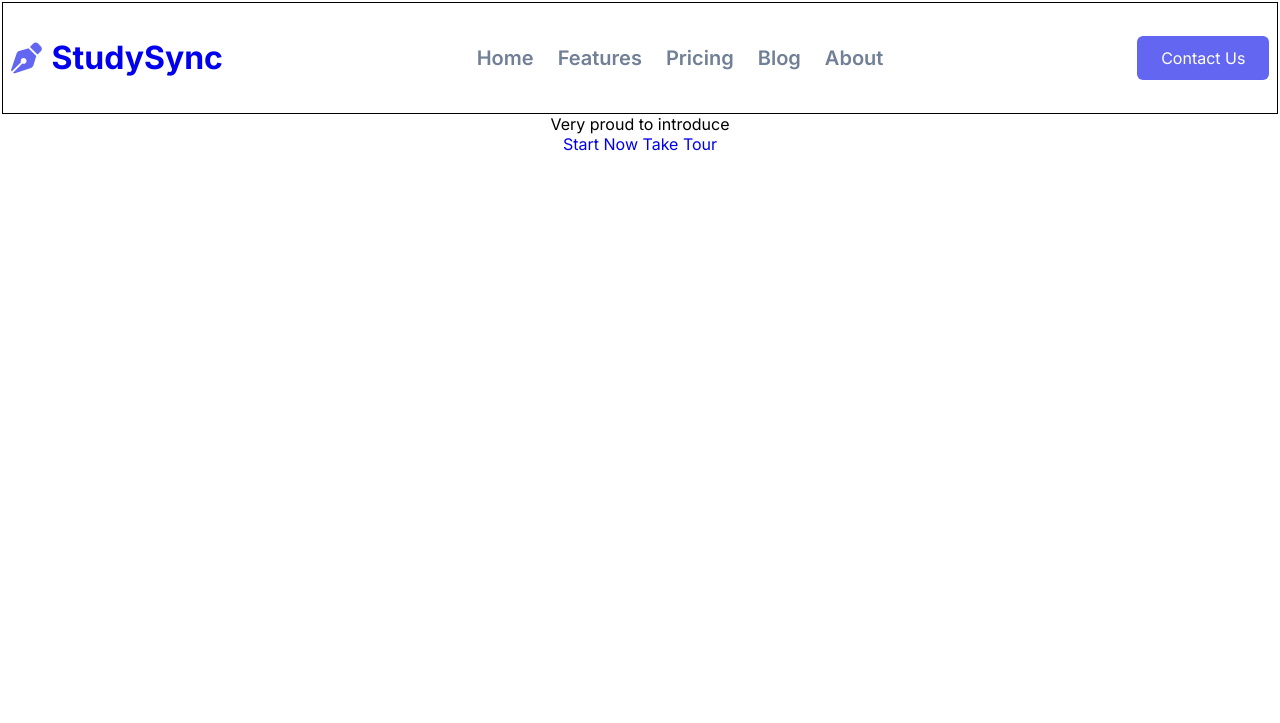
Repository: Vaibhav979/StudySync-FrontEnd-Project
Page: index.html
An editor plug-in stored every save of this project. The page is shown before and after the next save, followed by the edit.
The browser window is 1280 px wide. The pictures show the whole page.

Above is the page before, as saved 2025-04-16 19:06:48.

### index.html
<!DOCTYPE html>
<html lang="en">

<head>
    <meta charset="UTF-8">
    <meta name="viewport" content="width=device-width, initial-scale=1.0">
    <title>Document</title>
    <link rel="stylesheet" href="styles.css">
</head>

<body>
    <div class="header">
        <header class="header-content">
            <a href="#logo" class="logo">
                <img src="/images/StudySyn.svg" alt="" class="logo-icon">
                <span class="logo-text">StudySync</span>
            </a>

            <nav class="nav">
                <a href="#home" class="nav-link">Home</a>
                <a href="#features" class="nav-link">Features</a>
                <a href="#pricing" class="nav-link">Pricing</a>
                <a href="#blog" class="nav-link">Blog</a>
                <a href="#about" class="nav-link">About</a>
            </nav>

            <a href="#contact" class="contact-button">
                Contact Us
            </a>

            <button type="button" class="menu-button">
                <img src="/images/Hamburger.svg" alt="" class="menu-icon">
            </button>
        </header>
    </div>

    <div class="content">
        <section class="main-section">
            <div class="content-left">
                <p class="section-label">Very proud to introduce</p>
                <h1 class="section-title"></h1>
                <p class="section-description"></p>
                <div class="button-group">
                    <a href="#start" class="start-button">Start Now</a>
                    <a href="#tour" class="tour-button">Take Tour</a>
                </div>
            </div>

            <div class="content-right">

            </div>
        </section>
    </div>
</body>

</html>

### styles.css
@import url("https://fonts.googleapis.com/css2?family=Inter:wght@100;200;400;500;600;700&display=swap");

:root {
  --primary-color: #6366f1;
  --accent-color: #3f83f8;
  --text-color: #333333;
  --link-color: #2563eb;
  --background-color: #ffffff;
  --light-gray: #f0f0f0;
  --gray: #808080;
  --dark-gray: #555;
}

* {
  margin: 0;
  padding: 0;
  font-family: "Inter", sans-serif;
  text-decoration: none;
}

body {
  height: 100vh;
  text-align: center;
  background-color: var(--background-color);
  padding: 0.1rem;
  /* align-items: center; */
}

header {
  display: flex;
  justify-content: space-between;
  align-items: center;
  max-width: 1280px;
  margin: 0 auto;
  padding: 0.5rem;
}

.header {
  border: 1px solid black;
}

.logo {
  display: flex;
  align-items: center;
  font-size: 1.5rem;
  font-weight: bold;
  text-decoration: none;
  gap: 0.625rem;
}

.logo-icon {
  height: 5.875rem;
  width: 1.938rem;
}

.logo-text {
  font-size: 2rem;
  font-weight: bold;
}

.nav {
  display: none;
  gap: 1.5rem;
}

@media screen and (min-width: 768px) {
  .nav {
    display: flex;
  }
}

.nav-link {
  color: #718096;
  font-size: 1.25rem;
  font-weight: 600;
  transform: color 0.1s;
}

.nav-link:hover {
  color: var(--link-color);
}

.contact-button {
  display: none;
  border: none;
  border-radius: 0.375rem;
  background-color: var(--primary-color);
  color: var(--background-color);
  transform: all 0.1s;
  padding: 0.75rem 1.5rem;
}

@media screen and (min-width: 768px) {
  .contact-button {
    display: block;
  }
}

.contact-button:hover {
  background-color: #5254f8;
}

.menu-button {
  display: none;
  border: none;
  border-radius: 0.375rem;
}

@media screen and (max-width: 768px) {
  .menu-button {
    display: block;
  }
}

.menu-icon {
  height: 1.5rem;
  width: 1.5rem;
}

After the next save:
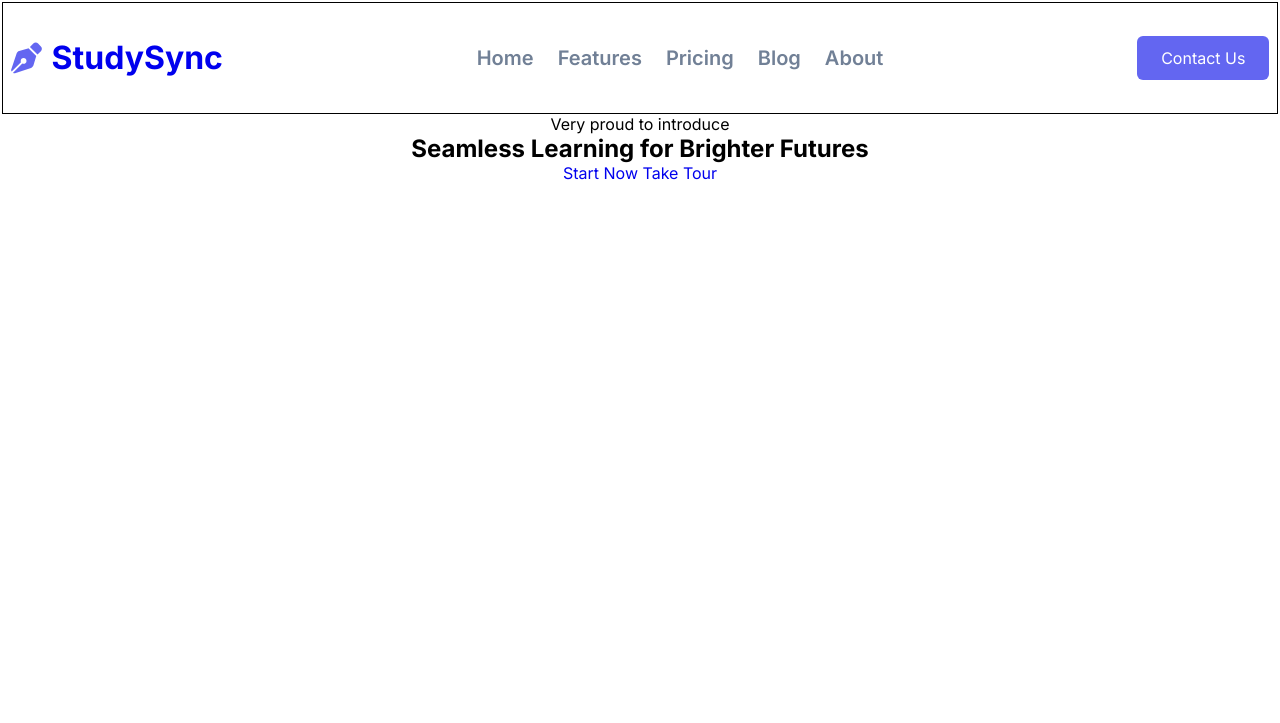
Saved 16 s later.
--- a/index.html
+++ b/index.html
@@ -38,7 +38,7 @@
         <section class="main-section">
             <div class="content-left">
                 <p class="section-label">Very proud to introduce</p>
-                <h1 class="section-title"></h1>
+                <h1 class="section-title">Seamless Learning for Brighter Futures</h1>
                 <p class="section-description"></p>
                 <div class="button-group">
                     <a href="#start" class="start-button">Start Now</a>
